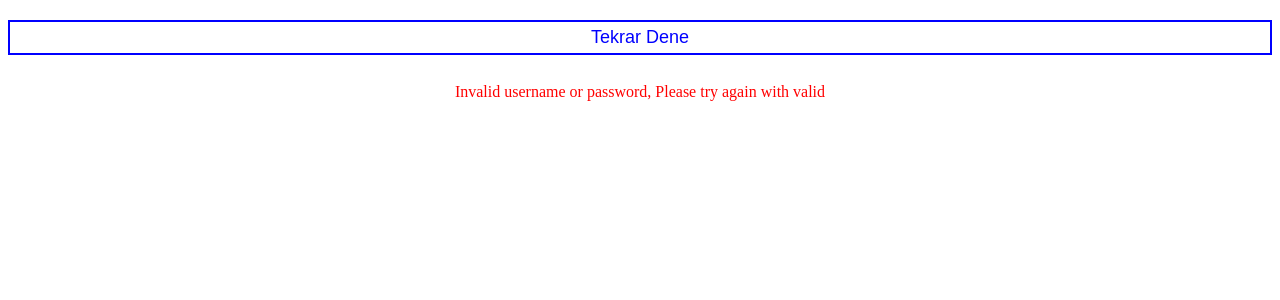
Repository: Berilinanir/Login-Logout-System
Page: Loginn/WebContent/error.html
These files come from the project's save history. The page is drawn as it stood at one moment and after the next save; the edit follows.
The browser window is 1280 px wide. The pictures show the whole page.

Above is the page before, as saved 2018-10-14 11:41:40.

After the next save:
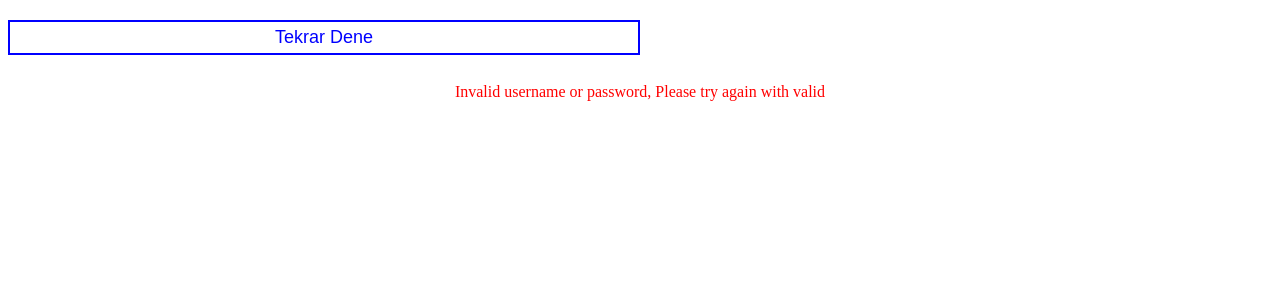
Saved 57 min 26 s later.
--- a/Loginn/WebContent/style4.css
+++ b/Loginn/WebContent/style4.css
@@ -3,7 +3,7 @@
 
 .btn{
 
-	width:100%;
+	width:50%;
 	background:none;
 	border:2px solid ;
 	color:white;
